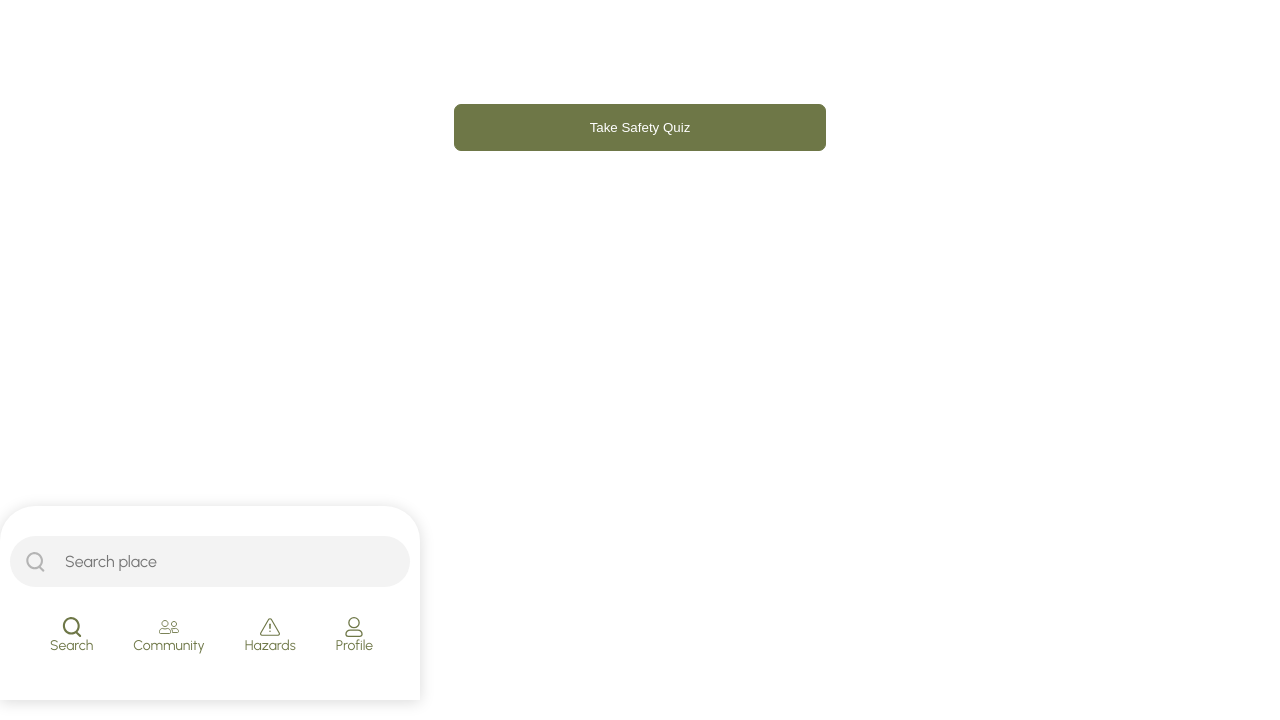
Repository: Aladdin3r/SafeCycle
Page: /
These files come from the project's save history. The page is drawn as it stood at one moment and after the next save; the edit follows.
The browser window is 1280 px wide. The pictures show the whole page.
The project was rebuilt for these pictures with package versions that can differ from the ones it lists, and the page was loaded fresh each time. The framework's server and built-in components were replaced by stand-ins that run in the browser.

Above is the page before, as saved 2024-04-15 13:12:22.

### pages/index.js
import Head from "next/head";
import styles from "@/styles/Home.module.css";
import Link from 'next/link'
import NavBar from "@/components/NavBar";


export default function Home() {
  return (
    <>
      <Head>
        <title>SafeCycle</title>
        <meta name="description" content="Home Page" />
        <meta name="viewport" content="width=device-width, initial-scale=1" />
        <link rel="icon" href="/favicon3.png" />
      </Head>
      <main className={`${styles.main}`}>

        <Link href="/quiz/questionOne">
          <button  className={styles.button}>Take Safety Quiz</button>
        </Link>
        <NavBar />
      </main>
    </>
  );
}

### styles/globals.css
@import url('https://fonts.googleapis.com/css2?family=Urbanist:wght@300;400;500;600&display=swap');

:root {
  --grey: #F3F3F3;
  --light-grey: #B4B4B4;
  --button-color: #6e7747;
  --button-color-hover: #4d5527;
  --white: #fff;
  --correct: #008000;
  font-family: 'Urbanist', sans-serif;
}

### styles/Home.module.css
.main {
  display: flex;
  flex-direction: column;
  justify-content: space-between;
  align-items: center;
  padding: 6rem;
  min-height: 20vh;
}

.button {
  width: 372px;
  height: 47px;
  background-color: var(--button-color);
  color: white;
  border: 1.5px solid var(--button-color);
  border-radius: 7px;
}
.button:hover{
  width: 372px;
  height: 47px;
  background-color: var(--button-color-hover);
  color: white;
  border: 1.5px solid var(--button-color-hover);
  border-radius: 7px;
}

### components/NavBar/index.js
import nextConfig from '@/next.config.mjs'
import styles from './NavBar.module.css'
import Image from 'next/image'

export default function NavBar() {
    return(
        <div className={`${styles.container} ${styles.navigation}`}>
            <div className={styles.navigation}>
                <form>
                    <div className={styles.search}>
                        <Image className={styles.searchIcon} src="./icons/search.svg" width={20} height={20} />
                        <input className={styles.searchInput} type="search" placeholder='Search place'></input>
                    </div>
                </form>
                <ul>
                    <li className={styles.list}>
                        <Image src="./icons/searchgreen.svg" width={20} height={20} />
                        <a>Search</a>
                    </li>
                    <li className={styles.list}>
                        <Image src="./icons/community.svg" width={20} height={20} />
                        <a>Community</a>
                    </li>
                    <li className={styles.list}>
                        <Image src="./icons/hazard.svg" width={20} height={20} />
                        <a>Hazards</a>
                    </li>
                    <li className={styles.list}>
                        <Image src="./icons/profile.svg" width={20} height={20} />
                        <a>Profile</a>
                    </li>

                </ul>
            </div>
        </div>
    )
}

### components/NavBar/NavBar.module.css
.search {
    flex-grow: 1;
    display: flex;
    justify-content: center;
    align-items: center;
    padding: 15px;
    border-radius: 28px;
    background-color: var(--grey);
}

.searchInput {
    background-color: var(--grey);
    border: none;
    font-size: 16px;
    color: var(--light-grey);
    font-family: 'Urbanist';
    flex-grow: 1;
}

.searchIcon {
    margin-right: 10px;
}

.container {
    display: flex;
    justify-content: end;
    align-items: center;
    position: fixed;
    bottom: 0;
    left: 0;
    width: 100%;
    background-color: white;
    padding: 10px;
    border-radius: 35px 35px 0px 0px;
    background-color: var(--white);
    box-shadow: 0px 2px 15px 0px rgba(0, 0, 0, 0.15);
    padding-top: 30px;
}

.search {
    display: flex;
    flex-direction: row;
    gap: 0.5em;
}

.navigation {
    width: 100%;
    max-width: 400px;
    margin-bottom: 20px;
}

.navigation ul{
    display: flex;
    flex-direction: row;
    gap: 2.5em;
    list-style-type: none;
    background-color: white;
    color: var(--button-color);
    margin-top: 30px;
}

.navigation li {
    display: flex;
    flex-direction: column;
    justify-content: center;
    align-items: center;
    font-size: 14px;
}

Loaded but not shown: pages/_app.js (common file); pages/_document.js (common file); next.config.mjs (common file)

After the next save:
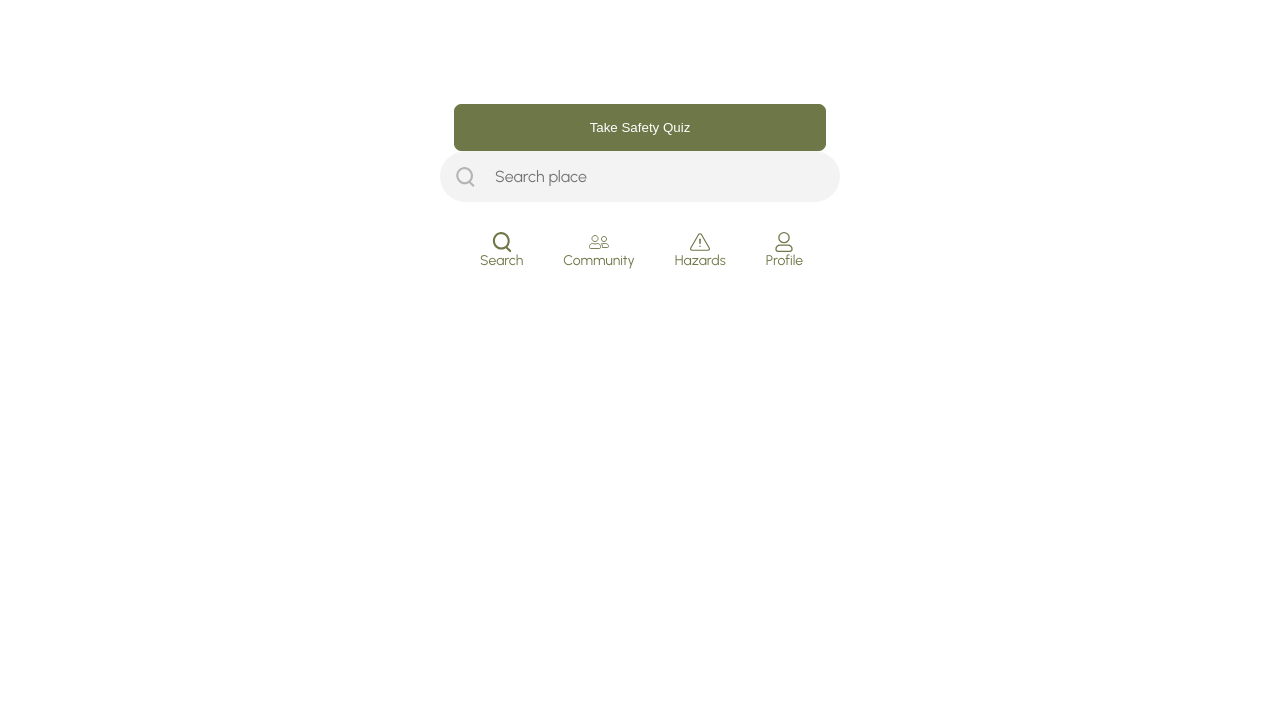
Saved 43 s later.
--- a/components/NavBar/NavBar.module.css
+++ b/components/NavBar/NavBar.module.css
@@ -21,9 +21,9 @@
     margin-right: 10px;
 }
 
-.container {
+container {
     display: flex;
-    justify-content: end;
+    justify-content: center; /* Center horizontally */
     align-items: center;
     position: fixed;
     bottom: 0;
@@ -34,7 +34,7 @@
     border-radius: 35px 35px 0px 0px;
     background-color: var(--white);
     box-shadow: 0px 2px 15px 0px rgba(0, 0, 0, 0.15);
-    padding-top: 30px;
+    padding-top: 30px; /* Adjust as needed */
 }
 
 .search {

After the save that followed:
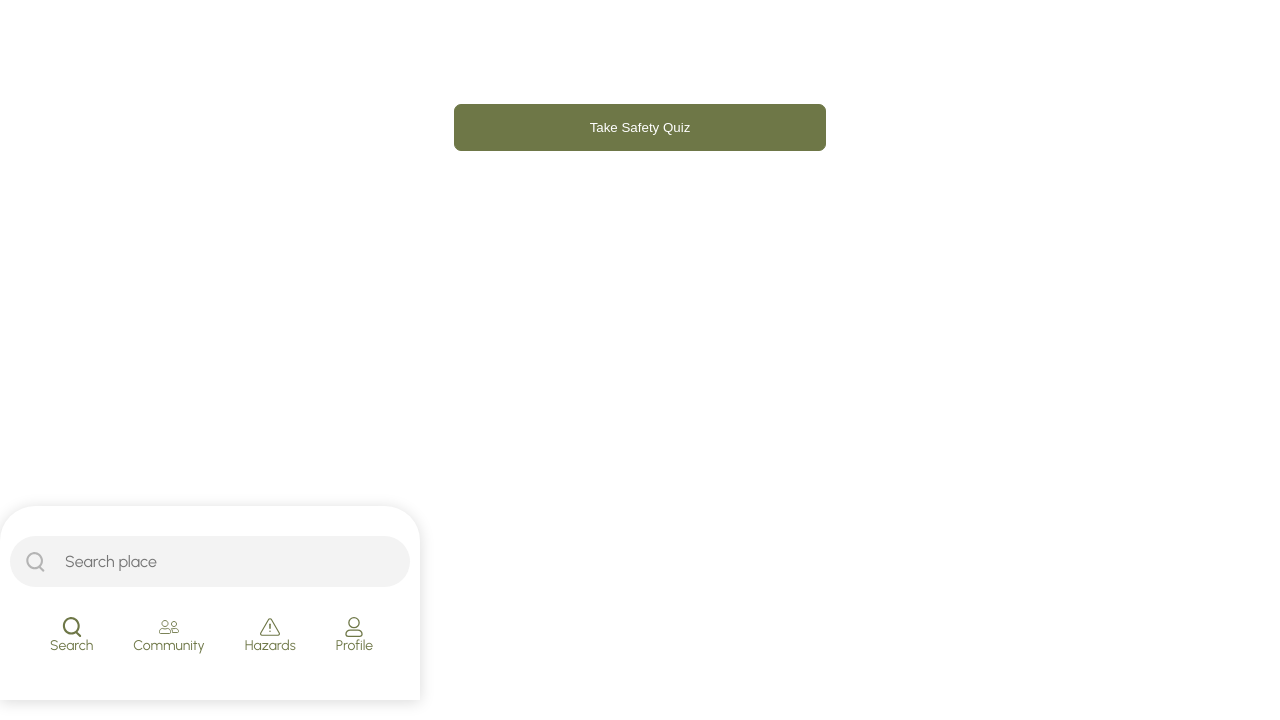
Saved 8 s later.
--- a/components/NavBar/NavBar.module.css
+++ b/components/NavBar/NavBar.module.css
@@ -21,7 +21,7 @@
     margin-right: 10px;
 }
 
-container {
+.container {
     display: flex;
     justify-content: center; /* Center horizontally */
     align-items: center;
